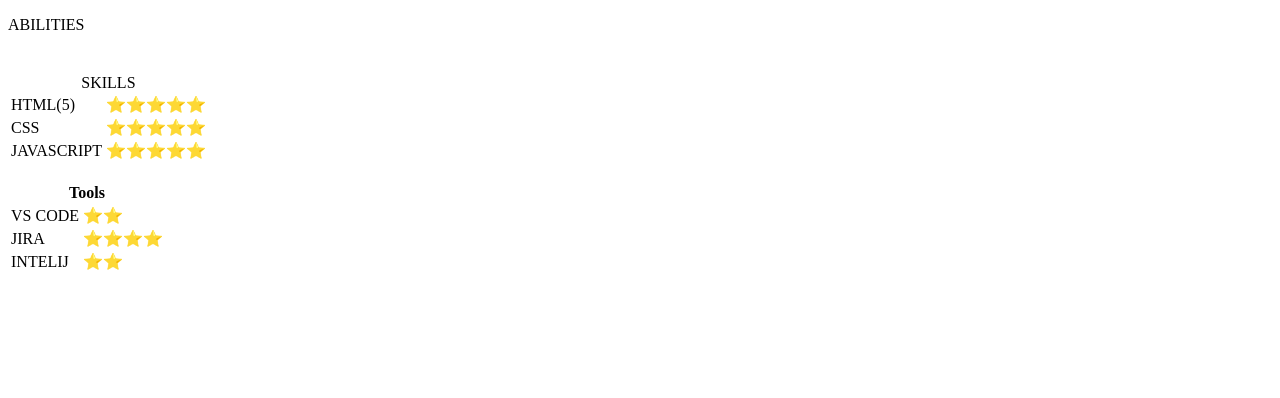
Repository: ew-code/Web-Development
Page: HTML - Personal Site/abilities.html
The author's editor kept a copy of each file at every save. The page is drawn from the files as they stood at one save, then again after the next save.
The browser window is 1280 px wide. The pictures show the whole page.

Above is the page before, as saved 2021-01-03 19:59:18.

After the next save:
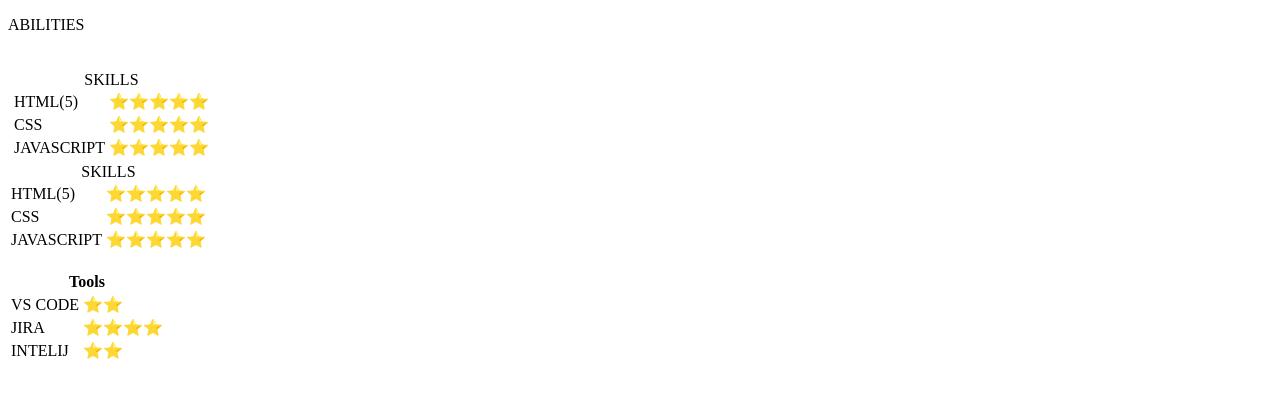
Saved 12 s later.
--- a/HTML - Personal Site/abilities.html
+++ b/HTML - Personal Site/abilities.html
@@ -15,7 +15,21 @@
 <table>
   <tr>
     <td>
-
+      <table>
+  <caption>SKILLS</caption>
+  <tr>
+    <td>HTML(5)</td>
+    <td>⭐⭐⭐⭐⭐</td>
+  </tr>
+   <tr>
+   <td>CSS</td>
+   <td>⭐⭐⭐⭐⭐</td>
+ </tr>
+   <tr>
+  <td>JAVASCRIPT</td>
+  <td>⭐⭐⭐⭐⭐</td>
+</tr>
+</table>
     </td>
     <td>
 
